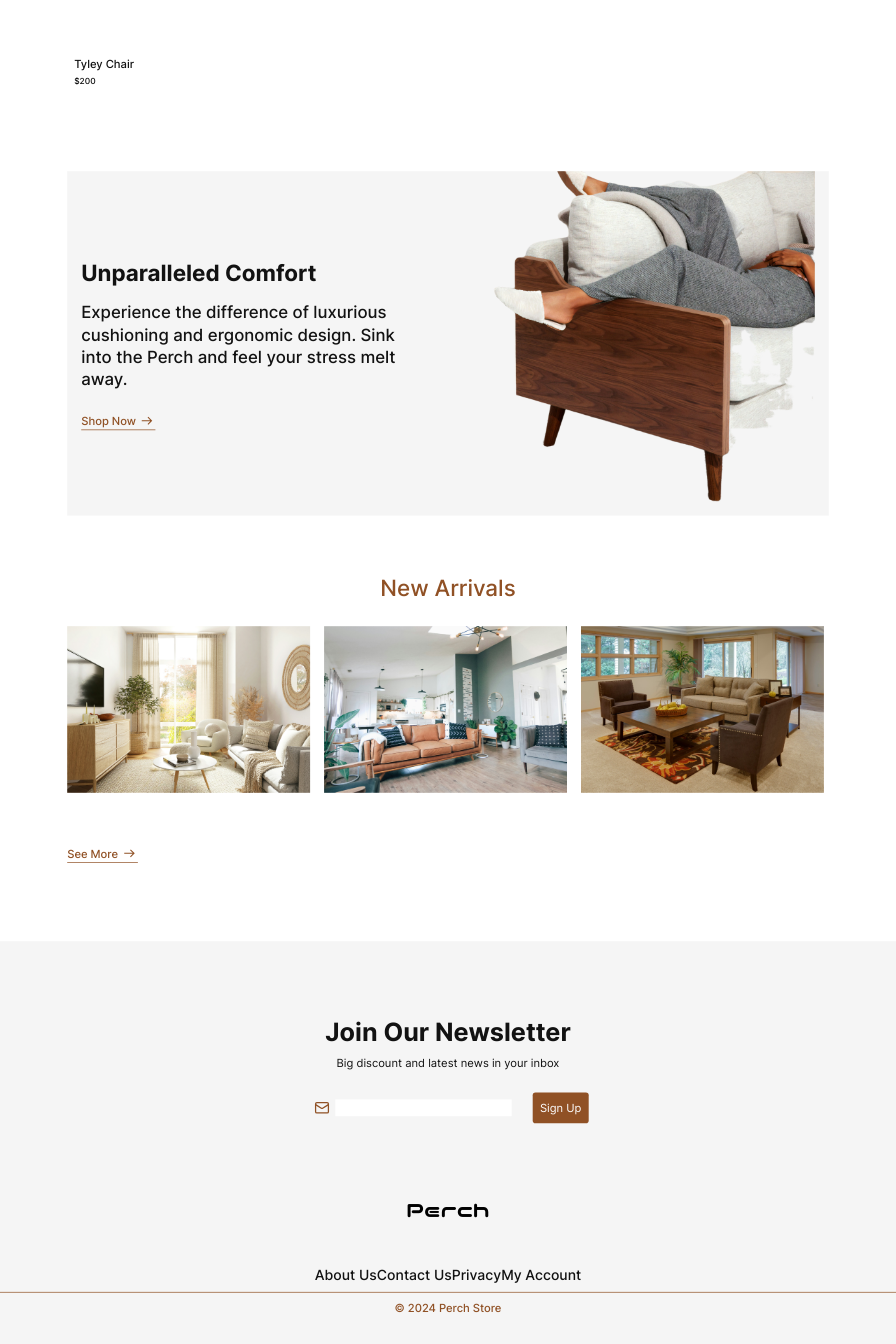
Repository: abdulmalikyusuf/HNG11-Stage02
Page: /
These files come from the project's save history. The page is drawn as it stood at one moment and after the next save; the edit follows.
The browser window is 1280 px wide. The pictures show the part of the page from y = 1822 to 3742 px (the page is 3742 px tall before and 3721 px after), at 70% of full size.
The project was rebuilt for these pictures with package versions that can differ from the ones it lists, and the page was loaded fresh each time. Also part of the build but not shown: vite.config.ts.

Above is the page before, as saved 2024-07-07 16:53:58.

After the next save:
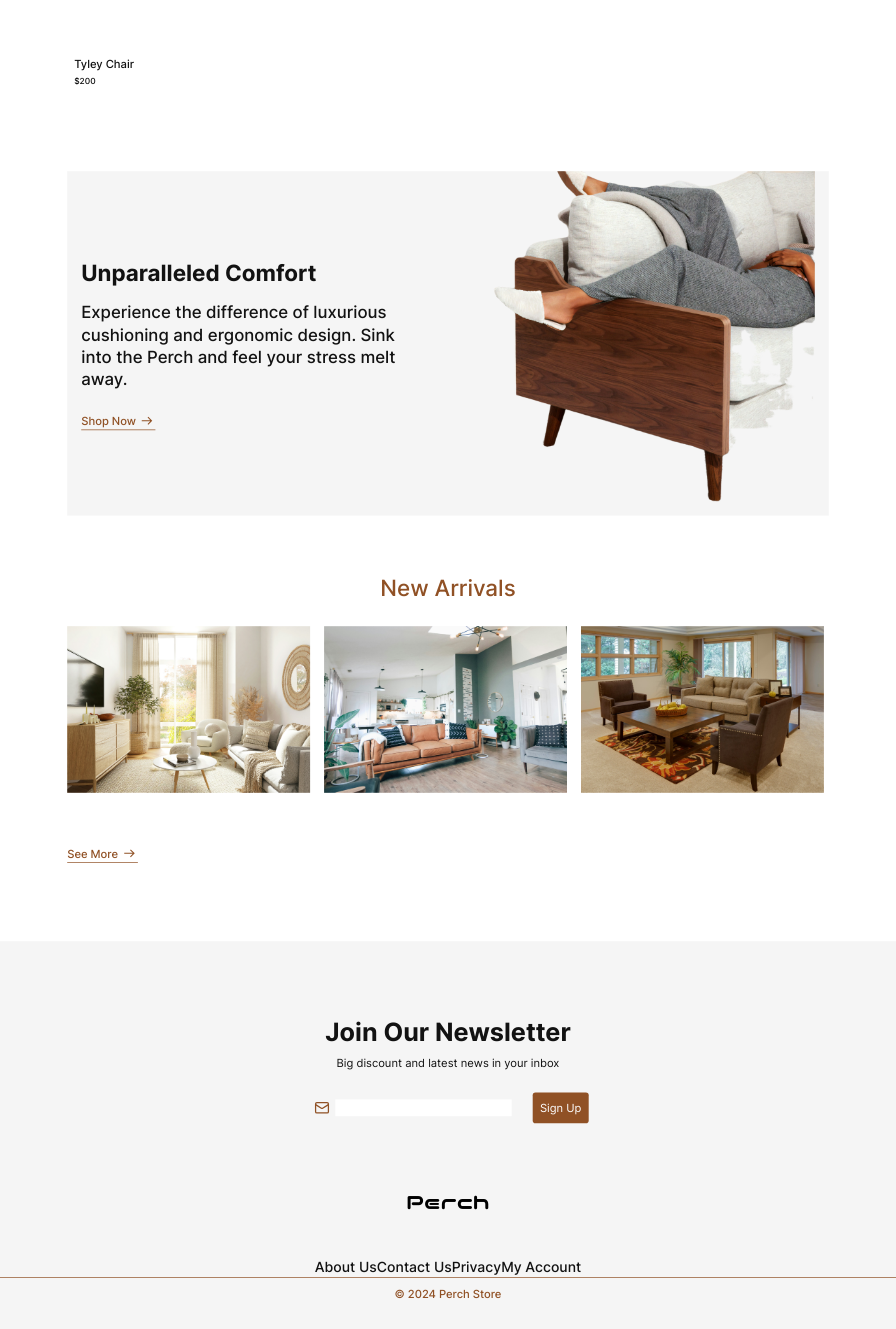
Saved 32 s later.
--- a/src/components/footer.tsx
+++ b/src/components/footer.tsx
@@ -3,7 +3,7 @@
 
 function Footer() {
   return (
-    <footer className="py-[30px] bg-miscellaneous px-24 h-[80vh] flex flex-col justify-between gap36">
+    <footer className="py-[30px] bg-miscellaneous px-24 h[80vh] flex flex-col justify-between gap36">
       <div className="flex flex-col items-center gap-[30px] py-20 border-primary border-dashed">
         <div className="text-center text-primary-label">
           <h3 className="text-4xl font-bold">Join Our Newsletter</h3>
